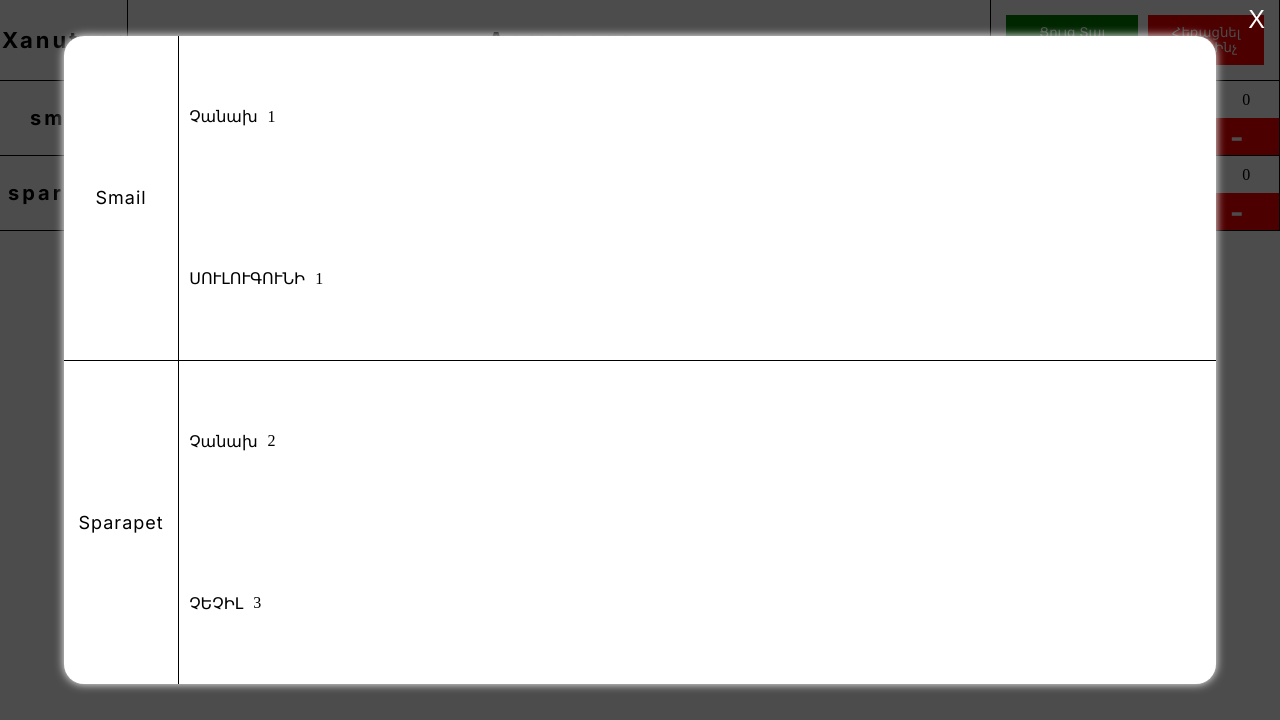
Repository: AbApin/amasia
Page: /
The author's editor kept a copy of each file at every save. The page is drawn from the files as they stood at one save, then again after a run of saves.
The browser window is 1280 px wide. The pictures show the whole page.
The project was rebuilt for these pictures with package versions that can differ from the ones it lists, and the page was loaded fresh each time. Also part of the build but not shown: vue.config.js.

Above is the page before, as saved 2023-01-28 17:21:01.

### public/index.html
<!DOCTYPE html>
<html lang="">
  <head>
    <meta charset="utf-8" />
    <meta http-equiv="X-UA-Compatible" content="IE=edge" />
    <meta name="viewport" content="width=device-width,initial-scale=1.0" />
    <link rel="icon" href="<%= BASE_URL %>favicon.ico" />
    <title><%= htmlWebpackPlugin.options.title %></title>
    <link
      href="https://fonts.googleapis.com/css?family=Inter:100,200,300,regular,500,600,700,800,900"
      rel="stylesheet"
    />
  </head>
  <body>
    <noscript>
      <strong
        >We're sorry but <%= htmlWebpackPlugin.options.title %> doesn't work properly without
        JavaScript enabled. Please enable it to continue.</strong
      >
    </noscript>
    <div id="app"></div>
    <!-- built files will be auto injected -->
  </body>
</html>

### src/App.vue
<template>
  <div id="app">
    <div class="header">
      <h2 class="xanutnerTitle">Xanutner</h2>
      <h2 class="apranqnerTitle">Apranqner</h2>
      <div class="cuycTal">
        <button class="cuycTalBtn" @click="isClick = true">ցույց տալ ընդհանուրը</button>
        <button class="heracnelBtn">հեռացնել ամեն ինչ</button>
      </div>
      <div v-show="isClick" class="endhanurQanak">
        <button @click="isClick = false" class="closeBtn">X</button>
        <div class="endhanurQanakInner">
          <ul class="endhanurQanakiList">
            <li
              v-for="xanutiAnun in Object.keys(ZAKAZNER)"
              :key="xanutiAnun"
              class="endhanurQanakiListItem"
            >
              <p class="endhanurQanakiListItemXanutiAnun">{{ xanutiAnun }}</p>
              <ul class="endhanurApranqneriList">
                <li
                  v-for="endhanurApranq in ZAKAZNER[xanutiAnun]"
                  :key="endhanurApranq.anun"
                  class="endhanurApranqneriListItem"
                >
                  <p class="endhanurApranqneriListItemAnun">{{ endhanurApranq.anun }}</p>
                  <p class="endhanurApranqneriListItemQanak">{{ endhanurApranq.qanak }}</p>
                </li>
              </ul>
            </li>
          </ul>
        </div>
      </div>
    </div>
    <div class="content">
      <ul class="contentList">
        <li v-for="xanutiAnun in Object.keys(XANUTNER)" :key="xanutiAnun" class="contentItem">
          <p class="xanutiAnun">{{ xanutiAnun }}</p>
          <ul class="apranqneriList">
            <li
              v-for="(apranq, apranqiHamar) in XANUTNER[xanutiAnun]"
              :key="apranqiHamar"
              class="apranqneriListItem"
            >
              <div class="apranqiText">
                <p class="apranqiAnun">{{ apranq.anun }}</p>
                <p class="apranqiQanak">{{ apranq.qanak }}</p>
              </div>
              <div class="apranqiAvelPakas">
                <button class="plus apranqiBtn" @click="AVELACNEL({ xanutiAnun, apranqiHamar })">
                  +
                </button>
                <button class="minus apranqiBtn" @click="PAKASACNEL({ xanutiAnun, apranqiHamar })">
                  -
                </button>
              </div>
            </li>
          </ul>
        </li>
      </ul>
    </div>
  </div>
</template>

<script>
import { mapGetters, mapMutations } from 'vuex';
export default {
  name: 'App',
  components: {},
  data() {
    return {
      isClick: true,
    };
  },
  mounted() {
    console.log(this.ZAKAZNER);
  },
  methods: {
    ...mapMutations(['AVELACNEL', 'PAKASACNEL']),
  },
  computed: {
    ...mapGetters(['XANUTNER', 'ZAKAZNER']),
  },
};
</script>

<style>
*,
*::after,
*::before {
  margin: 0;
  padding: 0;
  box-sizing: border-box;
}
ul {
  list-style: none;
}
#app {
  display: flex;
  flex-direction: column;
  min-height: 100vh;
}
.header {
  display: flex;
  justify-content: space-between;
  width: 100%;
}
.xanutnerTitle {
  width: 10%;
  display: flex;
  align-items: center;
  justify-content: center;
  font-family: 'Inter';
  font-size: 22px;
  font-weight: 700;
  letter-spacing: 3px;
  padding: 20px 30px;
  border: 1px solid #000;
  border-top: 0;
  border-left: 0;
}
.apranqnerTitle {
  width: 75%;
  display: flex;
  align-items: center;
  justify-content: center;
  font-family: 'Inter';
  font-size: 22px;
  font-weight: 700;
  letter-spacing: 3px;
  padding: 20px 30px;
  border: 1px solid #000;
  border-top: 0;
  border-left: 0;
}
.contentList {
  display: flex;
  flex-direction: column;
}
.contentItem {
  display: flex;
  justify-content: space-between;
}
.xanutiAnun {
  display: flex;
  align-items: center;
  justify-content: center;
  width: 10%;
  font-family: 'Inter';
  font-size: 20px;
  font-weight: 700;
  letter-spacing: 3px;
  word-wrap: break-word;
  padding: 20px 30px;
  border: 1px solid #000;
  border-top: 0;
  border-left: 0;
}
.apranqneriList {
  width: 90%;
  display: flex;
  justify-content: space-between;
}
.apranqneriListItem {
  display: flex;
  flex-direction: column;
  flex: 1 1 0;
  border: 1px solid #000;
  border-top: 0;
  border-left: 0;
}
.apranqiText {
  display: flex;
  justify-content: space-between;
  align-items: center;
  height: 50%;
}
.apranqiAnun {
  font-family: 'Inter';
  font-size: 15px;
  font-weight: 500;
  word-wrap: break-word;
  text-align: center;
  width: 60%;
  border-right: 1px solid #000;
}
.apranqiQanak {
  display: flex;
  justify-content: center;
  align-items: center;
  width: 40%;
}
.apranqiAvelPakas {
  display: flex;
  justify-content: space-between;
  width: 100%;
  height: 50%;
}
.apranqiBtn {
  display: inline-flex;
  justify-content: center;
  align-items: center;
  font-family: 'Inter';
  font-size: 30px;
  font-weight: 700;
  letter-spacing: 3px;
  border: none;
  color: #fff;
  width: 50%;
  cursor: pointer;
}
.plus {
  background: green;
}
.minus {
  background: red;
}
.cuycTal {
  width: 25%;
  display: flex;
  align-items: center;
  justify-content: space-between;
  gap: 10px;
  padding: 15px;
  border: 1px solid #000;
  border-left: 0;
  border-top: 0;
}
.heracnelBtn,
.cuycTalBtn {
  display: inline-block;
  padding: 10px;
  border: none;
  color: #fff;
  text-transform: capitalize;
  cursor: pointer;
  transition: all 0.3s linear;
}
.heracnelBtn {
  background: red;
}
.cuycTalBtn {
  background: green;
}

/* endahnur */
.endhanurQanak {
  display: flex;
  justify-content: center;
  align-items: center;
  position: fixed;
  z-index: 999;
  top: 0;
  left: 0;
  width: 100%;
  height: 100%;
  background-color: rgba(0, 0, 0, 0.7);
}
.endhanurQanakInner {
  width: 90%;
  height: 90%;
  background: #fff;
  box-shadow: 0 0 10px #fff;
  border-radius: 20px;
  overflow: auto;
}
.endhanurQanakiList {
  display: flex;
  flex-direction: column;
  justify-content: space-between;
  height: 100%;
}
.endhanurQanakiListItem {
  display: flex;
  align-items: center;
  flex: 1 1 0;
  border-bottom: 1px solid #000;
}
.endhanurQanakiListItem:last-child {
  border-bottom: none;
}
.endhanurQanakiListItemXanutiAnun {
  border-right: 1px solid #000;
  width: 10%;
  display: flex;
  align-items: center;
  justify-content: center;
  height: 100%;
  font-family: 'Inter';
  font-size: 18px;
  letter-spacing: 1px;
  text-transform: capitalize;
}
.endhanurApranqneriList {
  height: 100%;
  width: 90%;
  display: flex;
  flex-direction: column;
  justify-content: space-between;
}
li.endhanurApranqneriListItem {
  display: flex;
  gap: 10px;
  flex: 1 1 0;
  align-items: center;
  justify-content: flex-start;
  padding: 10px;
}
.closeBtn {
  display: inline-block;
  color: #fff;
  font-size: 25px;
  position: absolute;
  right: 15px;
  top: 5px;
  background: transparent;
  border: none;
  cursor: pointer;
}
</style>

### src/store/index.js
import Vuex from 'vuex';
import Vue from 'vue';

Vue.use(Vuex);

const store = new Vuex.Store({
  state: {
    xanutner: {
      smail: [
        { anun: 'ԼՈՌԻ', qanak: 0 },
        { anun: 'Չանախ', qanak: 1 },
        { anun: 'ՉԵՉԻԼ', qanak: 0 },
        { anun: 'ՍՈՒԼՈՒԳՈՒՆԻ', qanak: 1 },
        { anun: 'lori', qanak: 0 },
        { anun: 'chanax', qanak: 0 },
        { anun: 'ԿԱՐԱԳ', qanak: 0 },
      ],
      sparapet: [
        { anun: 'ԼՈՌԻ', qanak: 0 },
        { anun: 'Չանախ', qanak: 2 },
        { anun: 'ՉԵՉԻԼ', qanak: 3 },
        { anun: 'ՍՈՒԼՈՒԳՈՒՆԻ', qanak: 0 },
        { anun: 'lori', qanak: 0 },
        { anun: 'chanax', qanak: 0 },
        { anun: 'ԿԱՐԱԳ', qanak: 0 },
      ],
    },
  },
  mutations: {
    AVELACNEL(state, payload) {
      state.xanutner[payload.xanutiAnun][payload.apranqiHamar].qanak += 1;
    },
    PAKASACNEL(state, payload) {
      let qanak = state.xanutner[payload.xanutiAnun][payload.apranqiHamar].qanak;
      console.log(qanak);
      if (qanak >= 1) {
        state.xanutner[payload.xanutiAnun][payload.apranqiHamar].qanak -= 1;
      }
    },
  },
  getters: {
    XANUTNER(state) {
      return state.xanutner;
    },
    ZAKAZNER(state) {
      let zakazner = {};
      Object.keys(state.xanutner).forEach((xanut) => {
        zakazner[xanut] = state.xanutner[xanut].filter(function (el) {
          return el.qanak > 0;
        });
        if (zakazner[xanut].length === 0) {
          delete zakazner[xanut];
        }
      });

      return zakazner;
    },
  },
});

export default store;

Loaded but not shown: src/main.js (common file)

After the next 3 saves:
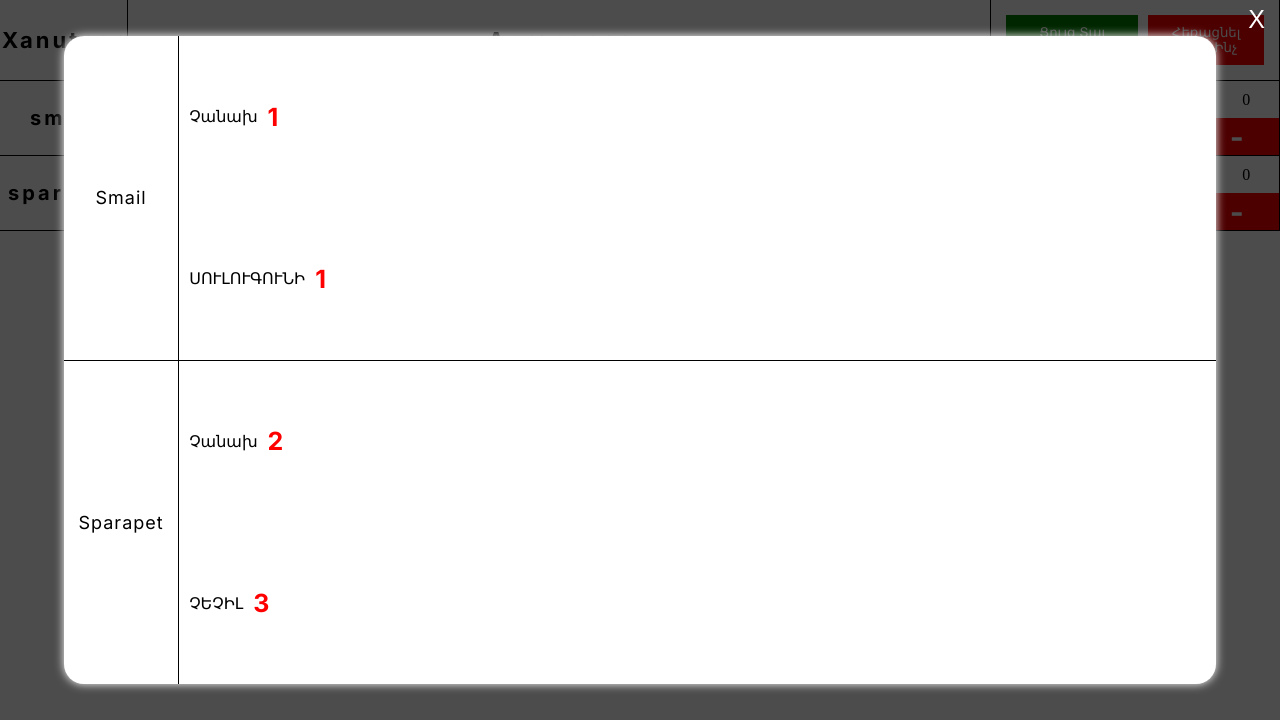
The 3 saves are shown as one change because they came seconds apart.
The last was saved 55 s later.
--- a/src/App.vue
+++ b/src/App.vue
@@ -298,13 +298,19 @@ ul {
   flex-direction: column;
   justify-content: space-between;
 }
-li.endhanurApranqneriListItem {
+.endhanurApranqneriListItem {
   display: flex;
   gap: 10px;
   flex: 1 1 0;
   align-items: center;
   justify-content: flex-start;
   padding: 10px;
+}
+.endhanurApranqneriListItemQanak {
+  color: red;
+  font-size: 25px;
+  font-family: 'Inter';
+  font-weight: 700;
 }
 .closeBtn {
   display: inline-block;
